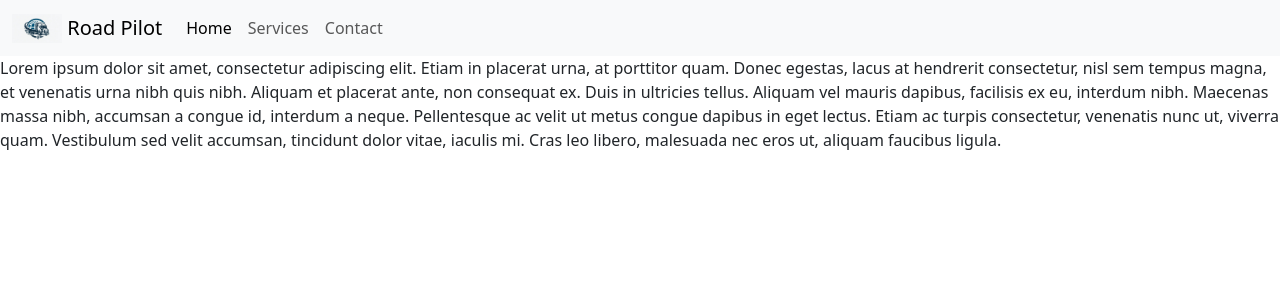
Repository: VictoriousMango/WebCreator
Page: index.html
These files come from the project's save history. The page is drawn as it stood at one moment and after the next save; the edit follows.
The browser window is 1280 px wide. The pictures show the whole page.

Above is the page before, as saved 2024-11-09 13:27:07.

### index.html
<!DOCTYPE html>
<html lang="en">

<head>
    <meta charset="UTF-8">
    <meta name="viewport" content="width=device-width, initial-scale=1.0">
    <title>Web Creator</title>
    <link href="https://cdn.jsdelivr.net/npm/bootstrap@5.3.3/dist/css/bootstrap.min.css" rel="stylesheet"
        integrity="sha384-QWTKZyjpPEjISv5WaRU9OFeRpok6YctnYmDr5pNlyT2bRjXh0JMhjY6hW+ALEwIH" crossorigin="anonymous">
</head>

<body>
    <!-- Navbar -->
    <nav class="navbar navbar-expand-lg bg-body-tertiary">
        <div class="container-fluid">
            <a class="navbar-brand" href="#">
                <img src="./assets/images/Logo.png" alt="Logo" width="50px" class="d-inline-block align-text-top">
                Road Pilot
            </a>
            <button class="navbar-toggler" type="button" data-bs-toggle="collapse" data-bs-target="#navbarNav"
                aria-controls="navbarNav" aria-expanded="false" aria-label="Toggle navigation">
                <span class="navbar-toggler-icon"></span>
            </button>
            <div class="collapse navbar-collapse" id="navbarNav">
                <ul class="navbar-nav">
                    <li class="nav-item">
                        <a class="nav-link active" aria-current="page" href="#">Home</a>
                    </li>
                    <li class="nav-item">
                        <a class="nav-link" href="./pages/services.html">Services</a>
                    </li>
                    <li class="nav-item">
                        <a class="nav-link" href="./pages/contact.html">Contact</a>
                    </li>
                </ul>
            </div>
        </div>
    </nav>
    <!-- NavBar -->
    <main></main>
    <footer>
        Lorem ipsum dolor sit amet, consectetur adipiscing elit. Etiam in placerat urna, at porttitor quam. Donec egestas, lacus at hendrerit consectetur, nisl sem tempus magna, et venenatis urna nibh quis nibh. Aliquam et placerat ante, non consequat ex. Duis in ultricies tellus. Aliquam vel mauris dapibus, facilisis ex eu, interdum nibh. Maecenas massa nibh, accumsan a congue id, interdum a neque. Pellentesque ac velit ut metus congue dapibus in eget lectus. Etiam ac turpis consectetur, venenatis nunc ut, viverra quam. Vestibulum sed velit accumsan, tincidunt dolor vitae, iaculis mi. Cras leo libero, malesuada nec eros ut, aliquam faucibus ligula.
    </footer>
    <!-- Scripts -->
    <script src="https://cdn.jsdelivr.net/npm/bootstrap@5.3.3/dist/js/bootstrap.bundle.min.js"
        integrity="sha384-YvpcrYf0tY3lHB60NNkmXc5s9fDVZLESaAA55NDzOxhy9GkcIdslK1eN7N6jIeHz"
        crossorigin="anonymous"></script>
    <script src="https://cdn.jsdelivr.net/npm/@popperjs/core@2.11.8/dist/umd/popper.min.js"
        integrity="sha384-I7E8VVD/ismYTF4hNIPjVp/Zjvgyol6VFvRkX/vR+Vc4jQkC+hVqc2pM8ODewa9r"
        crossorigin="anonymous"></script>
    <script src="https://cdn.jsdelivr.net/npm/bootstrap@5.3.3/dist/js/bootstrap.min.js"
        integrity="sha384-0pUGZvbkm6XF6gxjEnlmuGrJXVbNuzT9qBBavbLwCsOGabYfZo0T0to5eqruptLy"
        crossorigin="anonymous"></script>
</body>

</html>

After the next save:
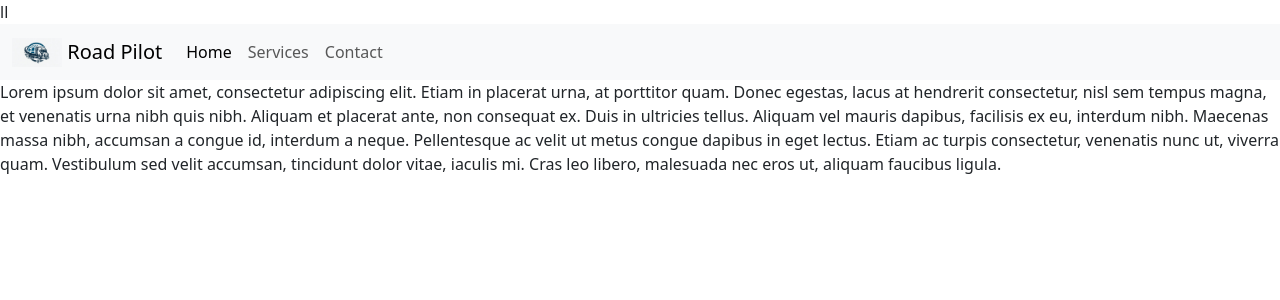
Saved 19 s later.
--- a/index.html
+++ b/index.html
@@ -7,6 +7,7 @@
     <title>Web Creator</title>
     <link href="https://cdn.jsdelivr.net/npm/bootstrap@5.3.3/dist/css/bootstrap.min.css" rel="stylesheet"
         integrity="sha384-QWTKZyjpPEjISv5WaRU9OFeRpok6YctnYmDr5pNlyT2bRjXh0JMhjY6hW+ALEwIH" crossorigin="anonymous">
+    ll
 </head>
 
 <body>

After the 6 saves that followed:
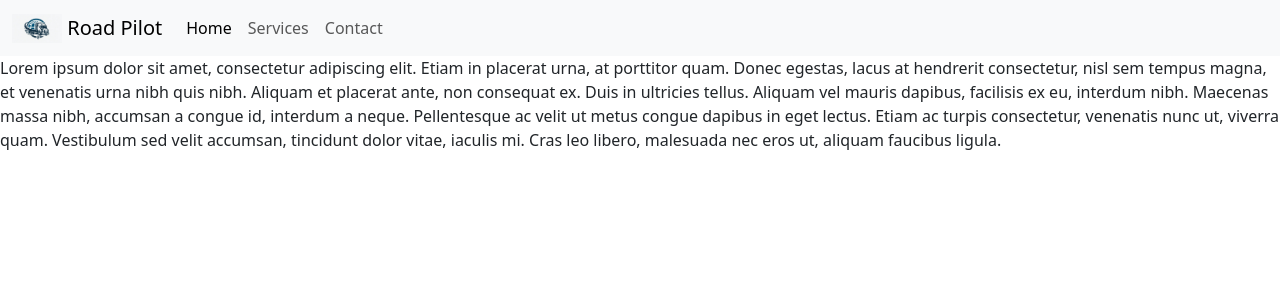
The 6 saves are shown as one change because 1 left the picture as it was and some came seconds apart.
The last was saved 43 s later.
--- a/index.html
+++ b/index.html
@@ -7,7 +7,7 @@
     <title>Web Creator</title>
     <link href="https://cdn.jsdelivr.net/npm/bootstrap@5.3.3/dist/css/bootstrap.min.css" rel="stylesheet"
         integrity="sha384-QWTKZyjpPEjISv5WaRU9OFeRpok6YctnYmDr5pNlyT2bRjXh0JMhjY6hW+ALEwIH" crossorigin="anonymous">
-    ll
+    <link rel="stylesheet" href="./assets/css/index.css">
 </head>
 
 <body>
